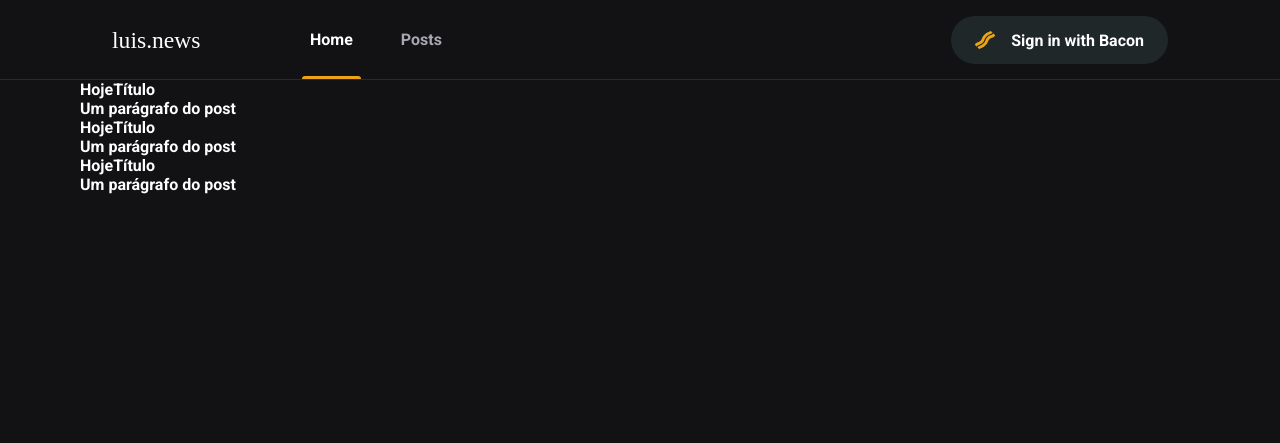
Repository: d4k37/luisnews
Page: /posts
An editor plug-in stored every save of this project. The page is shown before and after the next save, followed by the edit.
The browser window is 1280 px wide. The pictures show the whole page.
The page's requests for data from a server got no answer. The project was rebuilt for these pictures with package versions that can differ from the ones it lists, and the page was loaded fresh each time. The framework's server and built-in components were replaced by stand-ins that run in the browser. No one was signed in, and anything a server would have sent is missing.

Above is the page before, as saved 2021-06-09 12:36:05.

After the next save:
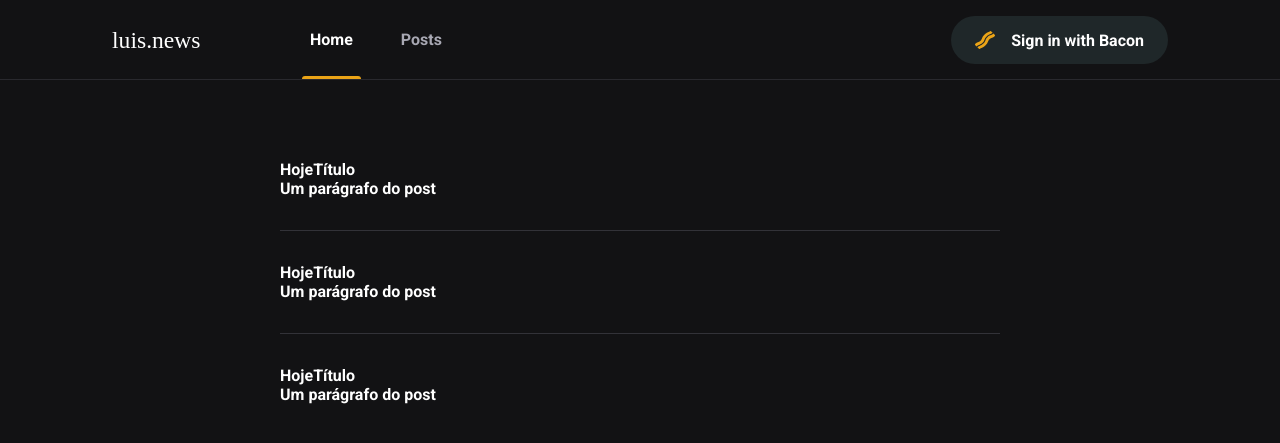
Saved 9 s later.
--- a/src/pages/posts/styles.module.scss
+++ b/src/pages/posts/styles.module.scss
@@ -5,5 +5,15 @@
 }
 
 .posts{
+    max-width: 720px;
+    margin: 5rem auto 0 ;
+    a{
+        display: block;
 
+        &+a{
+            margin-top: 2rem;
+            padding-top: 2rem;
+            border-top: 1px solid var(--gray-700);
+        }
+    }
 }
